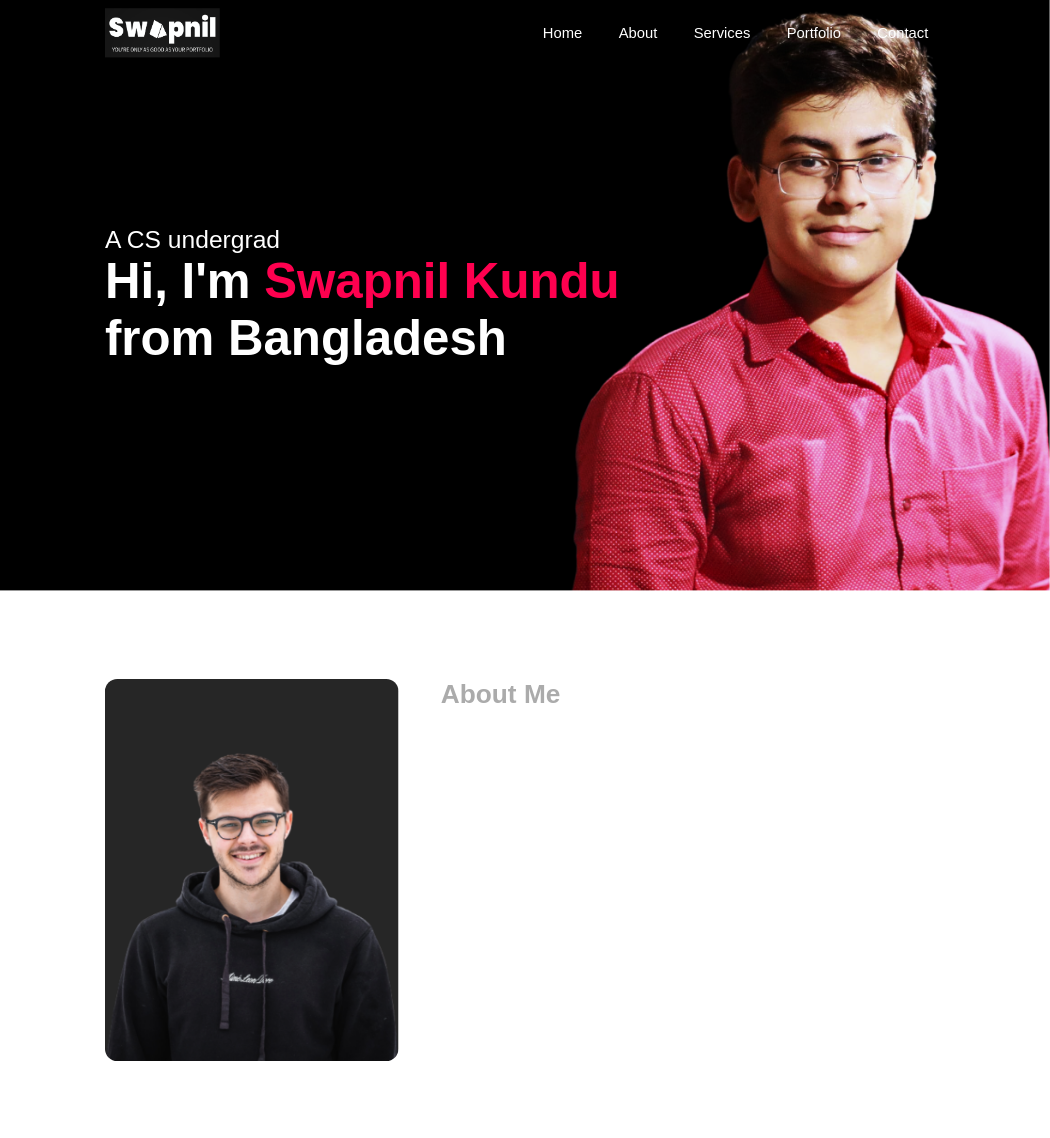
Repository: SwapnilKundu/portfolio
Page: index.html
The author's editor kept a copy of each file at every save. The page is drawn from the files as they stood at one save, then again after the next save.
The browser window is 1280 px wide. The pictures show the whole page, at 82% of full size.

Above is the page before, as saved 2024-01-19 10:27:09.

### index.html
<!DOCTYPE html>
<html lang="en">
<head>
    <meta charset="UTF-8">
    <meta name="viewport" content="width=device-width, initial-scale=1.0">
    <title>Personal Portfolio Website</title>
    <link rel="stylesheet" href="style.css">
</head>
<body>
  <div id="header">
    <div class="container">
        <nav>
            <img src="images/logo1.png" class= "logo" width="40" height="60">
            <ul>
                <li><a href ="#">Home</a></li>
                <li><a href ="#">About</a></li>
                <li><a href ="#">Services</a></li>
                <li><a href ="#">Portfolio</a></li>
                <li><a href ="#">Contact</a></li>
            </ul>
        </nav>
        <div class="header-text">

            <p>A CS undergrad </p>
            <h1>Hi, I'm <span>Swapnil Kundu</span> <br> from Bangladesh</h1>
        </div>
    </div>
  </div>
  -----about-------
  <div id ="about">
    <div class ="container">

        <div class ="row">
            <div class ="about-col-1">
                <img src="images/user.png">
            </div>
            <div class ="about-col-2">

                <h1 class ="sub-title">
                    About Me
                </h1>
            </div>

        </div>
    </div>
  </div>
</body>
</html>

### style.css
*
{
    margin: 0;
    padding: 0;
    font-family: 'Poppins',sans-serif;
    box-sizing: border-box;
}

body
{
    background: #ffff;
    color: #fff;
}
#header
{
    width: 100%;
    height: 100vh;
    background-image: url(images/ccc2.png);
    background-size: cover;
    background-position: left;
    background-repeat: no-repeat;
    overflow: hidden;
}
.container
{
padding: 10px 10%;
}
nav{
    display: flex;
    align-items: center;
    justify-content: space-between;
    flex-wrap: wrap;
}
.logo{
    width: 140px;
}

nav ul li{
    display:inline-block;
    list-style: none;
    margin: 10px 20px;

}
nav ul li a{
    color: #fff;
    text-decoration:none ;
    font-size: 18px;
    position: relative;
}

nav ul li a::after
{
    content: '';
    width:0;
    height:3px;
    background:#ff004f;
    position: absolute;
    left: 0;
    bottom: -6px;
    transition: 0.5s;

}
nav ul li a:hover::after
{
    width:100%;
}
.header-text{
    margin-top: 20%;
    font-size: 30px;
}
.header-text h1
{
    font-size:60px;
}
.header-text h1 span
{
    color:#ff004f;
}

/*aboout*/
#about
{
    padding:80px 0;
    color:#ababab;
}
.row
{
    display: flex;
    justify-content: space-between;
    flex-wrap: wrap;
}

.about-col-1{
    flex-basis:35%;
}
.about-col-1 img
{
    width: 100%;
    border-radius: 15px;
}

.about-col-2
{
    flex-basis: 60%;
}

.sub-title
{
    font-size:
}

After the next save:
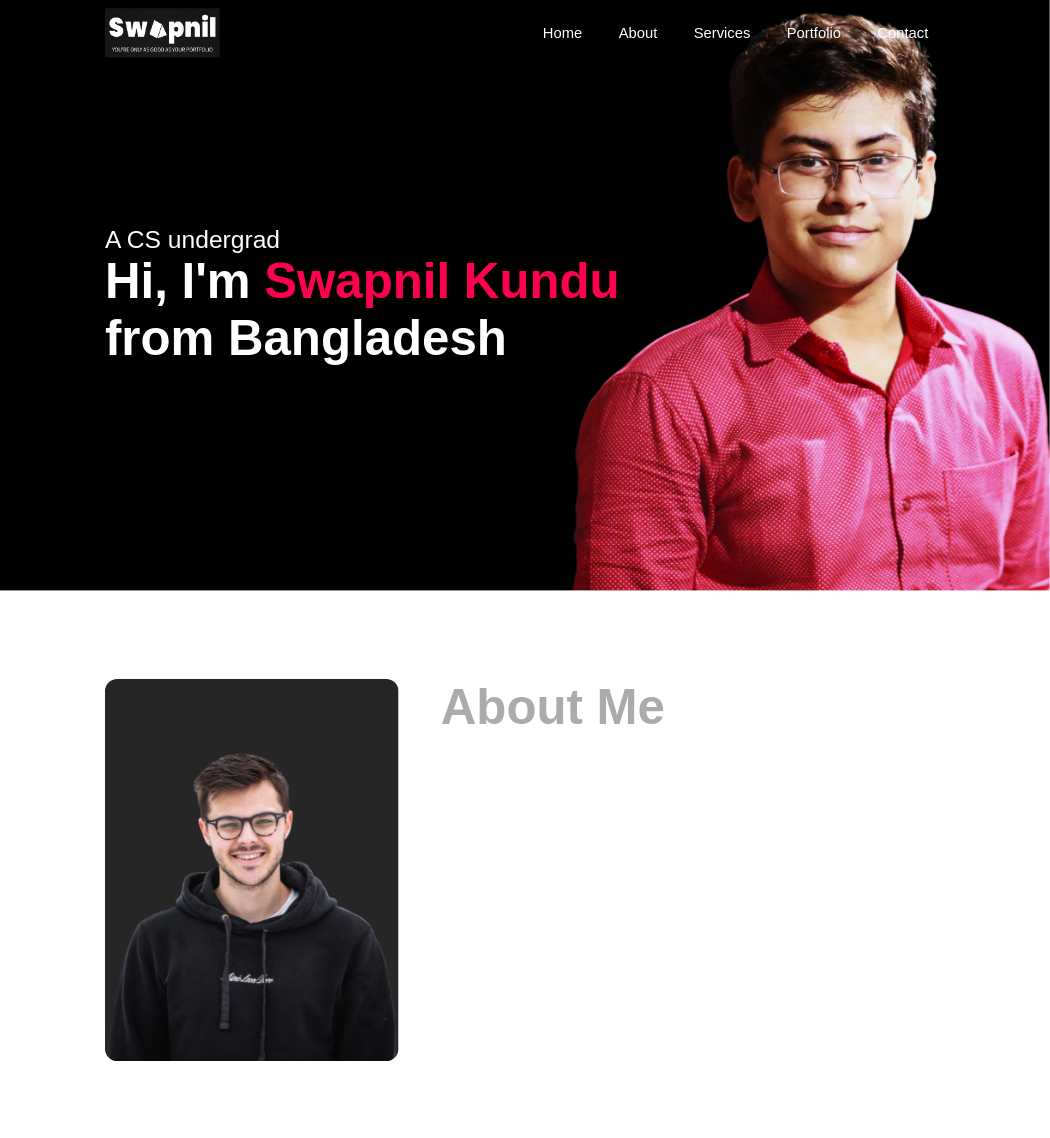
Saved 4 s later.
--- a/style.css
+++ b/style.css
@@ -106,5 +106,5 @@ nav ul li a:hover::after
 
 .sub-title
 {
-    font-size:
+    font-size:60px
 }
